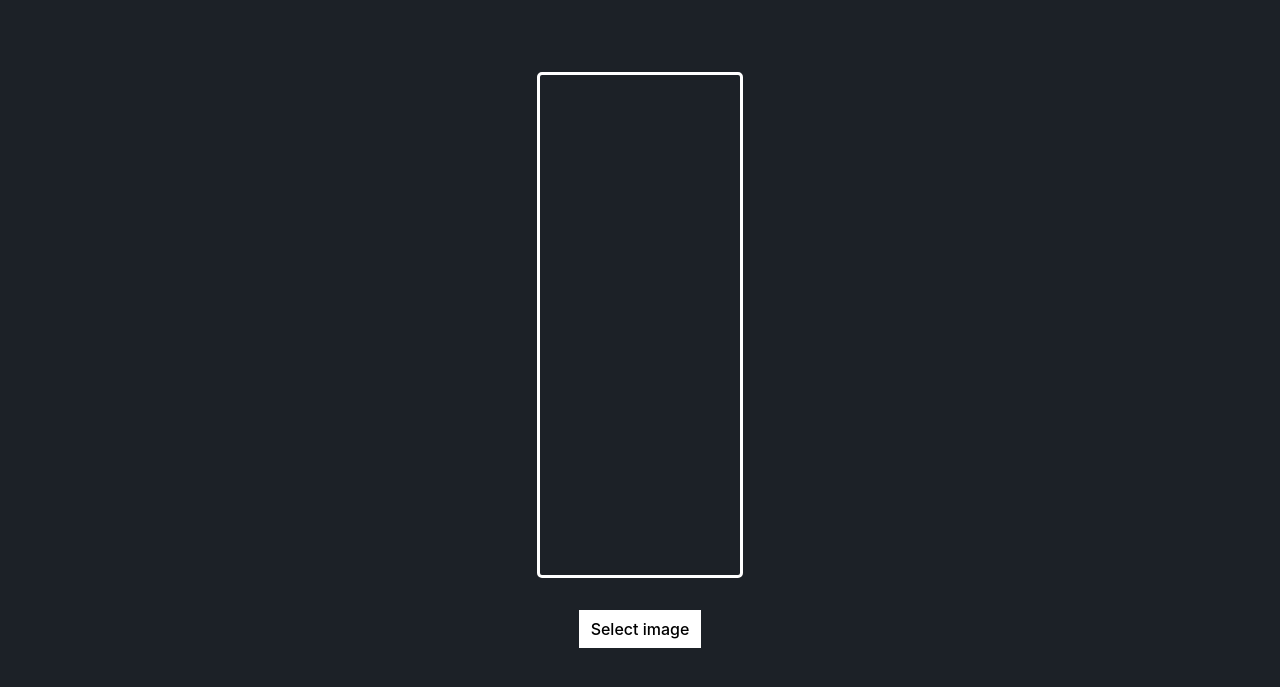
Repository: StephaneCash/Reconnaissance_Immatriculation_Plate
Page: /
An editor plug-in stored every save of this project. The page is shown before and after the next save, followed by the edit.
The browser window is 1280 px wide. The pictures show the whole page.
The project was rebuilt for these pictures with package versions that can differ from the ones it lists, and the page was loaded fresh each time.

Above is the page before, as saved 2021-11-22 00:59:00.

After the next save:
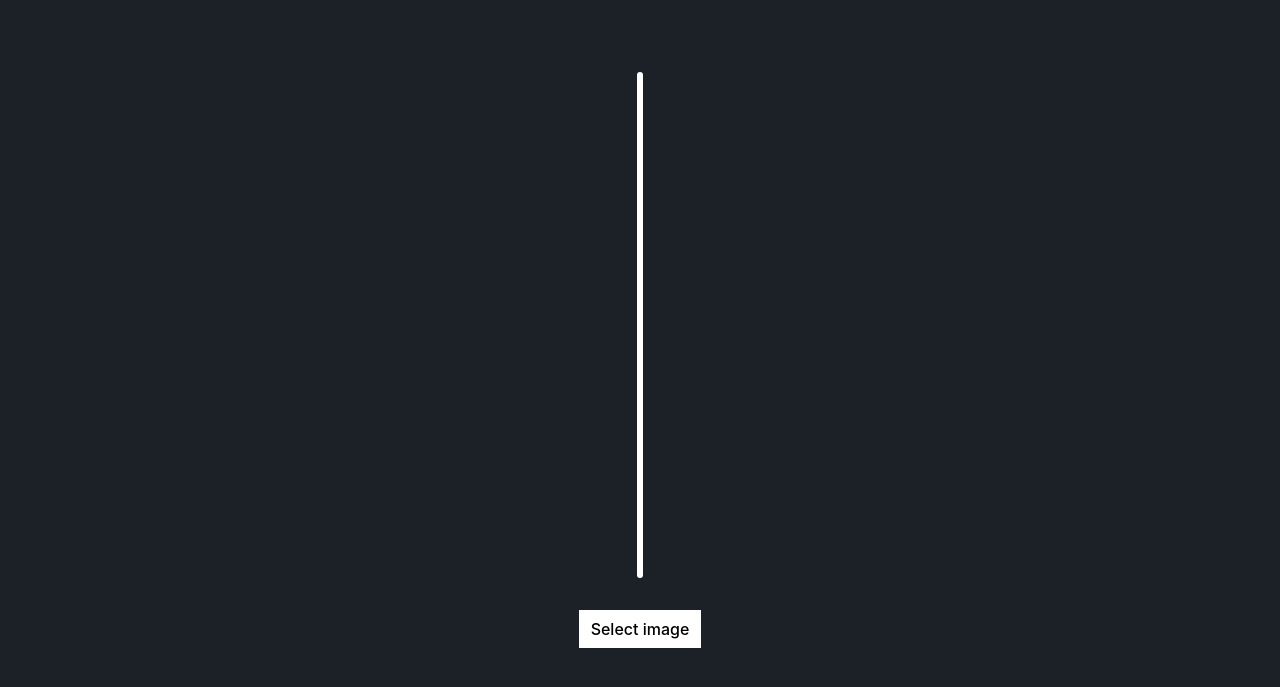
Saved 11 min 56 s later.
--- a/src/App.css
+++ b/src/App.css
@@ -29,14 +29,13 @@
 }
 
 .objdetect {
-  min-width: 200px;
+
   height: 500px;
   border: 3px solid #fff;
   border-radius: 5px;
   display: flex;
   align-items: center;
   justify-content: center;
-  position: relative;
 }
 
 input {

After the save that followed:
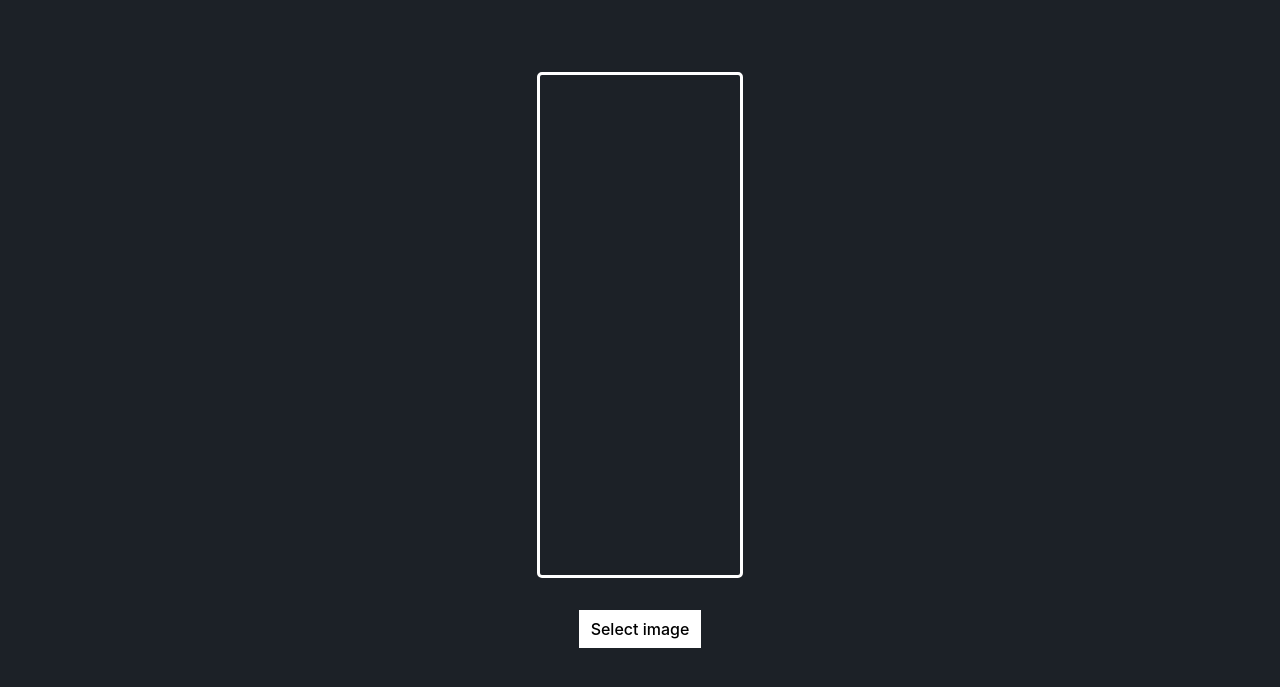
Saved 6 s later.
--- a/src/App.css
+++ b/src/App.css
@@ -29,7 +29,7 @@
 }
 
 .objdetect {
-
+  min-width: 200px;
   height: 500px;
   border: 3px solid #fff;
   border-radius: 5px;
